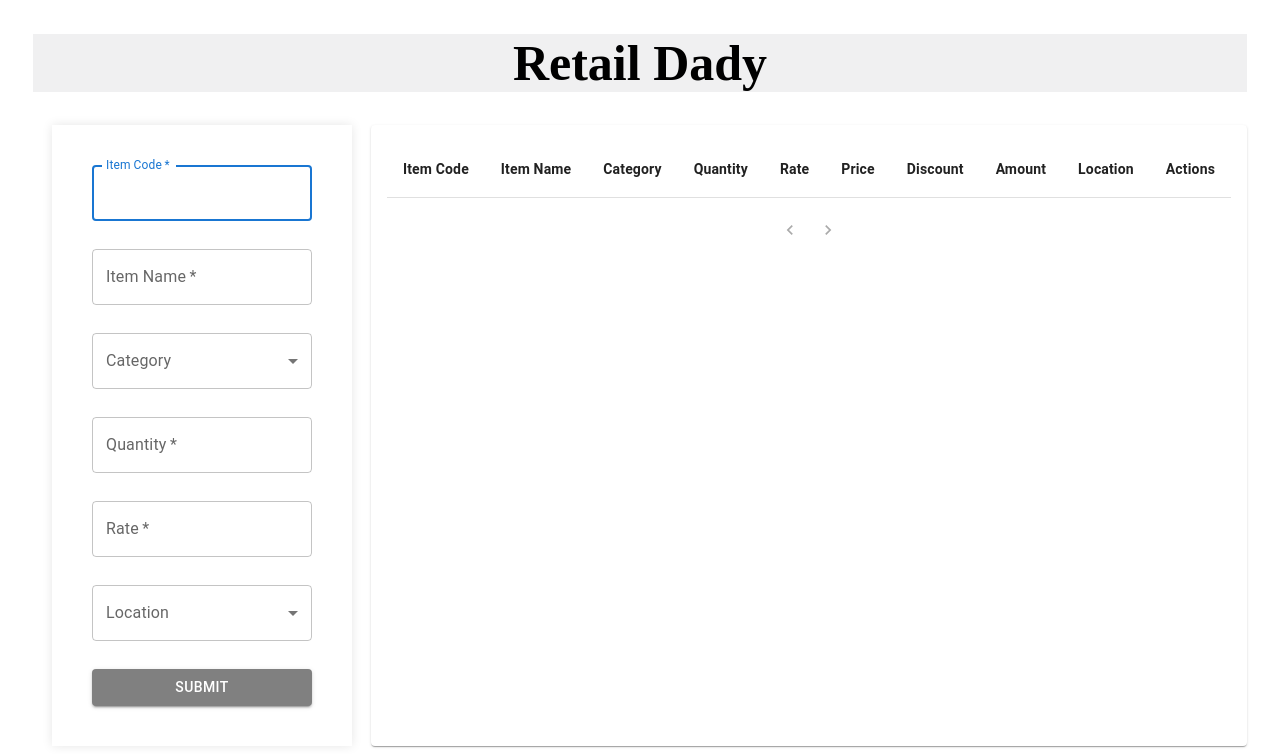
Repository: SharonSebastian32/retail-dady-frontend-app
Page: /
The author's editor kept a copy of each file at every save. The page is drawn from the files as they stood at one save, then again after the next save.
The browser window is 1280 px wide. The pictures show the whole page.
The page's requests for data from a server got no answer. The project was rebuilt for these pictures with package versions that can differ from the ones it lists, and the page was loaded fresh each time. No one was signed in, and anything a server would have sent is missing. Also part of the build but not shown: vite.config.js, src/components/Childrens/FormDialogue.jsx, src/components/Childrens/ViewDetails.jsx, src/App.css.

Above is the page before, as saved 2024-12-07 21:34:02.

After the next save:
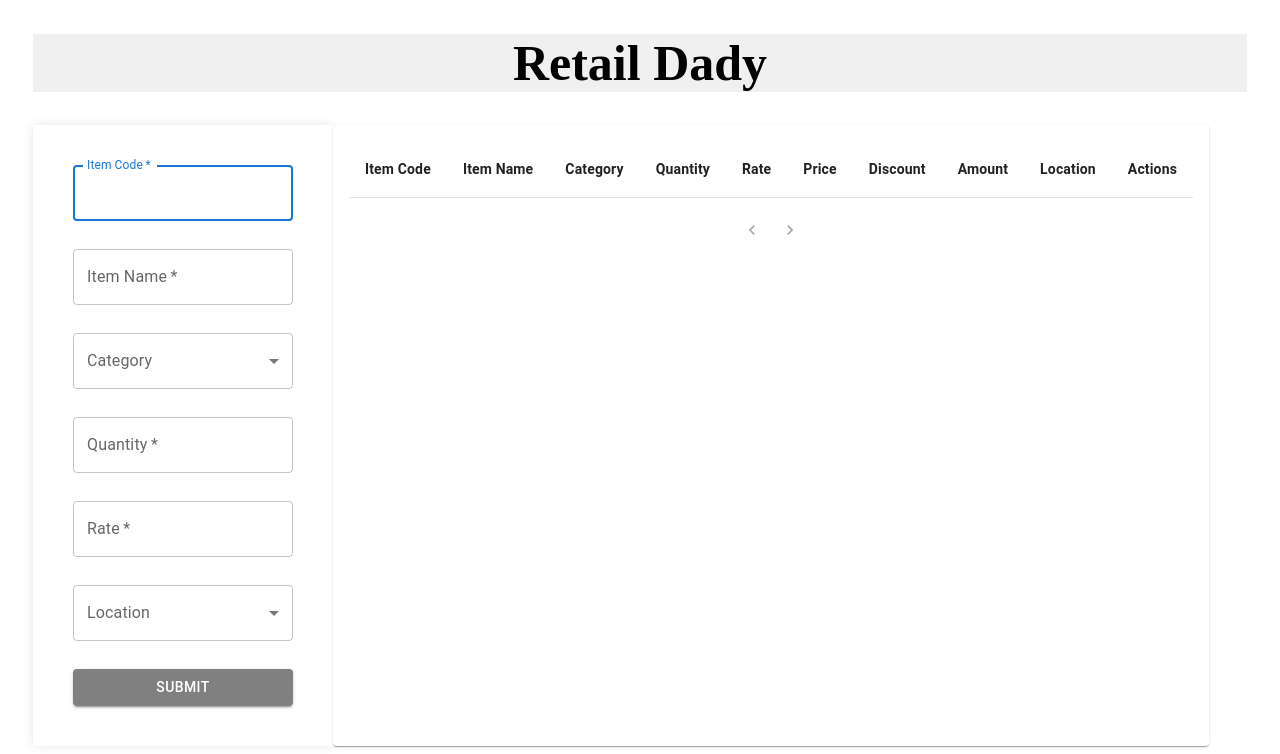
Saved 5 s later.
--- a/src/App.jsx
+++ b/src/App.jsx
@@ -30,10 +30,13 @@
           display: "flex",
           flexDirection: "row",
           padding: "0px 25px",
-
         }}
-      > <div></div>
-        <InvoiceForm onFormSubmit={triggerRefresh} />
+      >
+        {" "}
+        <div>
+          {" "}
+          <InvoiceForm onFormSubmit={triggerRefresh} />
+        </div>
         <Tables refresh={refresh} />
       </div>
     </>

After the 4 saves that followed:
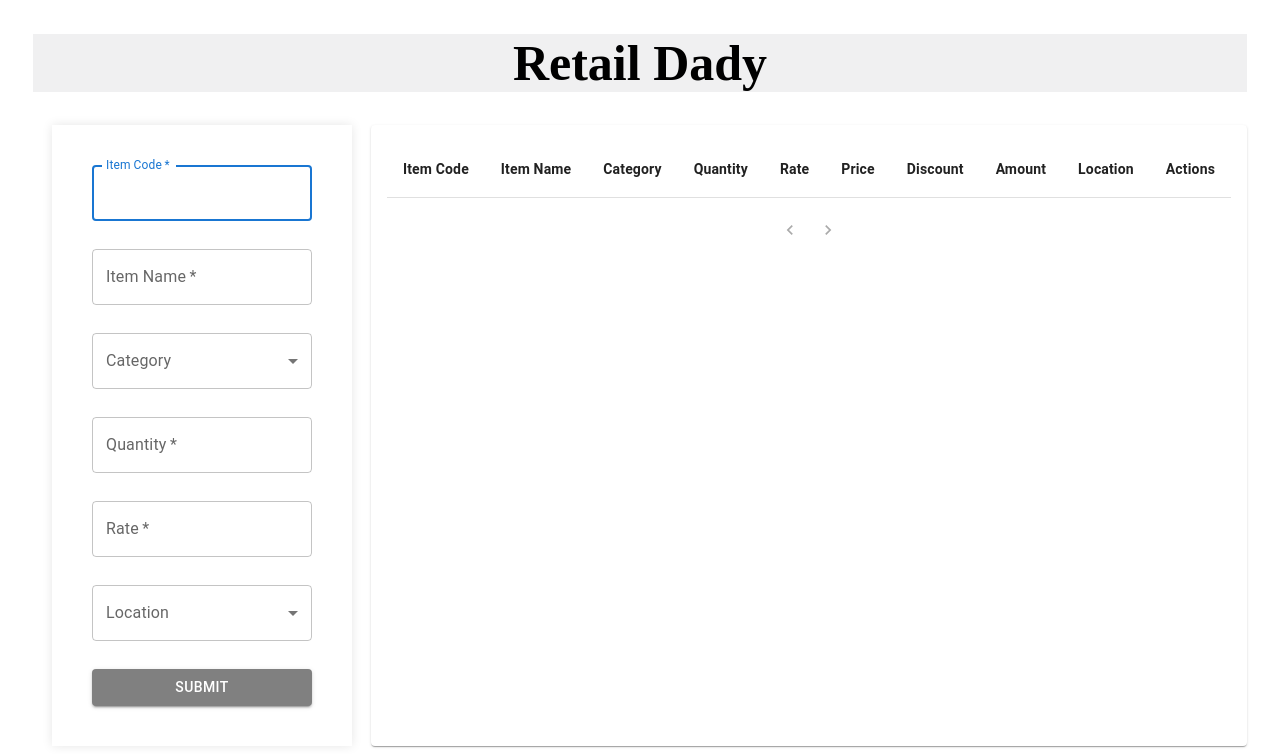
The 4 saves are shown as one change because they came seconds apart.
The last was saved 11 s later.
--- a/src/App.jsx
+++ b/src/App.jsx
@@ -33,10 +33,7 @@
         }}
       >
         {" "}
-        <div>
-          {" "}
-          <InvoiceForm onFormSubmit={triggerRefresh} />
-        </div>
+        <InvoiceForm onFormSubmit={triggerRefresh} />
         <Tables refresh={refresh} />
       </div>
     </>
